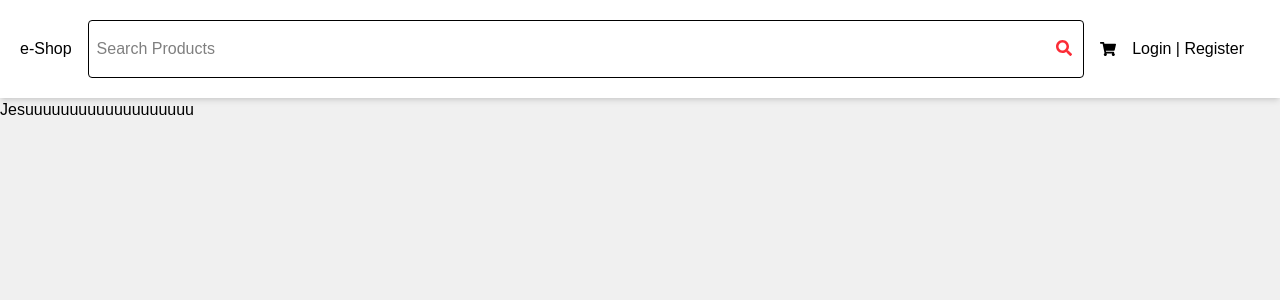
Repository: EmmyDunny1/frontend-ecommerce
Page: /
An editor plug-in stored every save of this project. The page is shown before and after a run of saves, followed by the edit.
The browser window is 1280 px wide. The pictures show the whole page.
The project was rebuilt for these pictures with package versions that can differ from the ones it lists, and the page was loaded fresh each time. Also part of the build but not shown: vite.config.js.

Above is the page before, as saved 2025-05-09 11:46:35.

After the next 2 saves:
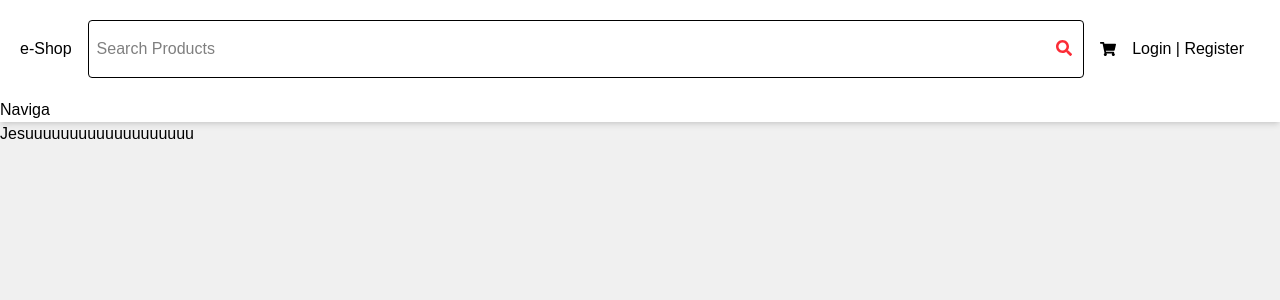
The 2 saves are shown as one change because they came seconds apart.
The last was saved 7 s later.
--- a/src/components/Navbar.jsx
+++ b/src/components/Navbar.jsx
@@ -22,7 +22,7 @@
         </div>
       </div>
 
-
+      Naviga
       <div>
 
 

After the 2 saves that followed:
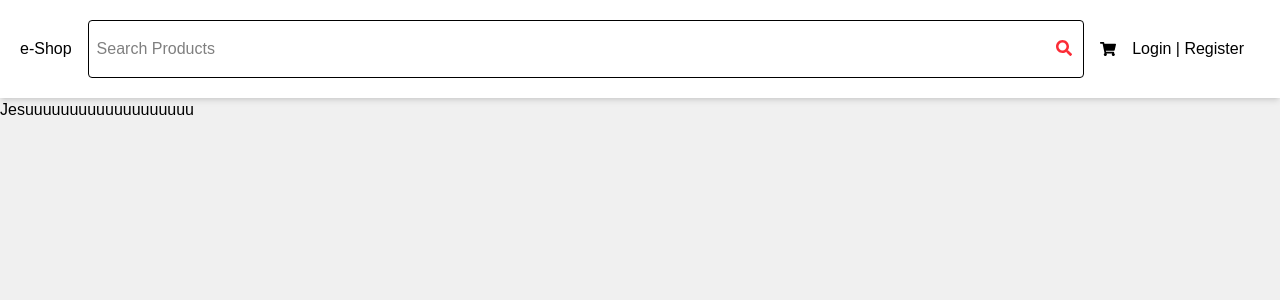
The 2 saves are shown as one change because they came seconds apart.
The last was saved 7 s later.
--- a/src/components/Navbar.jsx
+++ b/src/components/Navbar.jsx
@@ -22,7 +22,7 @@
         </div>
       </div>
 
-      Naviga
+      {/*  */}
       <div>
 
 
